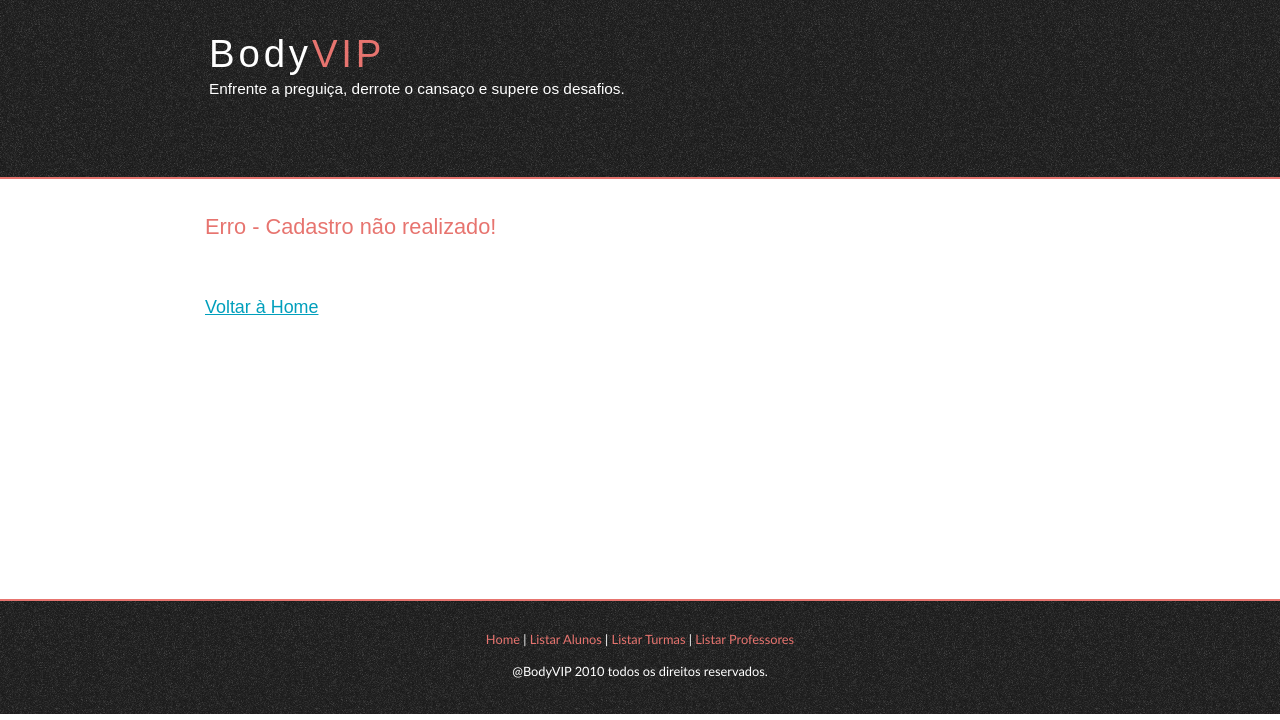
Repository: Thais-Ferreira/Projeto_bodyVIP
Page: http://localhost/BodyVIP/erroCadastro.jsp
These files come from the project's save history. The page is drawn as it stood at one moment and after the next save; the edit follows.
The browser window is 1280 px wide. The pictures show the whole page.
The page is served by Tomcat 9.

Above is the page before, as saved 2017-06-21 19:48:00.

After the next save:
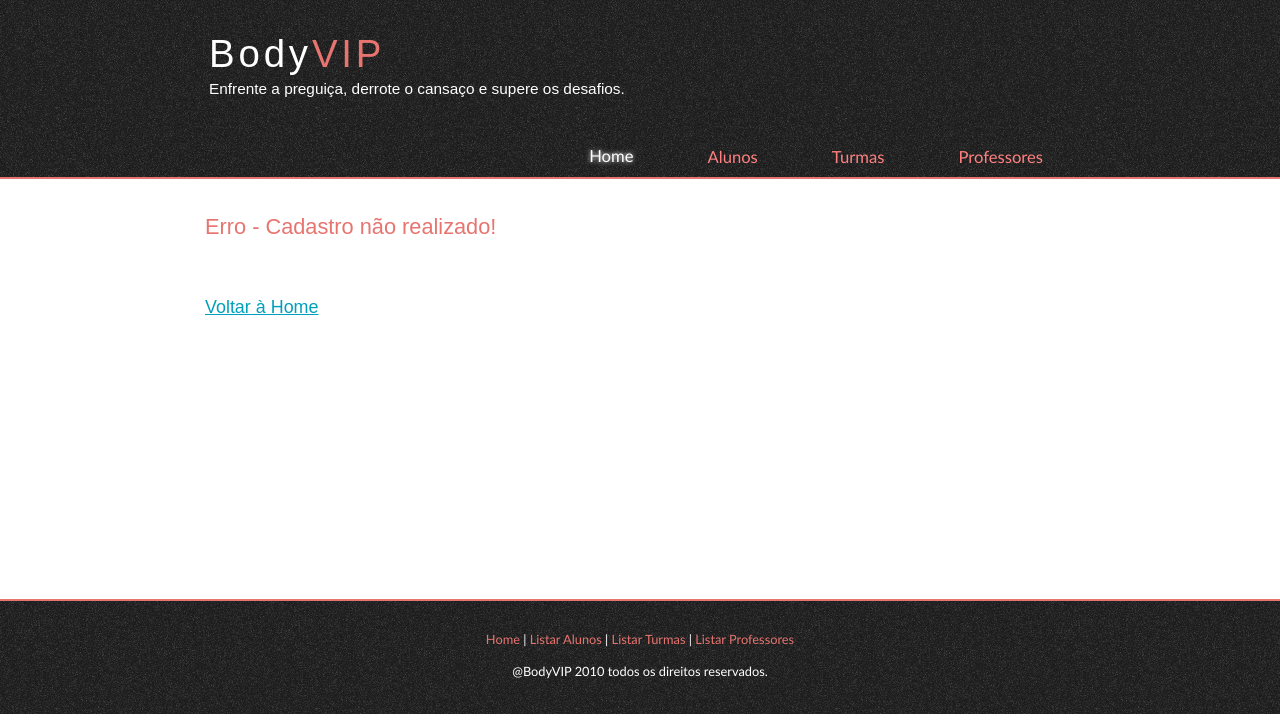
Saved 10 s later.
--- a/BodyVIP/WebContent/erroCadastro.jsp
+++ b/BodyVIP/WebContent/erroCadastro.jsp
@@ -17,14 +17,26 @@
         </div>
       </div>
       <div id="menubar">
-        <ul id="menu">
-          <li><a href="home.jsp">Home</a></li>
-          <li><a href="AlunoController?acao=cadastro">Novo Aluno</a></li>
-          <li><a href="AlunoController?acao=buscaLista">Listar Alunos</a></li>
-          <li><a href="TurmaController?acao=cadastro">Nova Turma</a></li>
-          <li><a href="TurmaController?acao=buscaLista">Listar Turmas</a></li>
-          <li><a href="ProfessorController?acao=cadastro">Novo Professor</a></li>
-          <li><a href="ProfessorController?acao=buscaLista">Listar Professores</a></li>
+        <ul class="menu">
+          <li class="selected"><a href="home.jsp">Home</a></li>
+          <li><a href="#">Alunos</a>
+          	<ul>
+          		<li><a href="AlunoController?acao=cadastro">Cadastrar</a>
+          		<li><a href="AlunoController?acao=buscaLista">Listar</a></li>
+          	</ul>
+          </li>
+          <li><a href="#">Turmas</a>
+          	<ul>
+          		<li><a href="TurmaController?acao=cadastro">Cadastrar</a></li>
+          		<li><a href="TurmaController?acao=buscaLista">Listar</a></li>
+          	</ul>
+          </li>
+          <li><a href="#">Professores</a>
+          	<ul>
+          		<li><a href="ProfessorController?acao=cadastro">Cadastrar</a></li>
+          		<li><a href="ProfessorController?acao=buscaLista">Listar</a></li>
+          	</ul>
+          </li>
         </ul>
       </div>
     </div>
